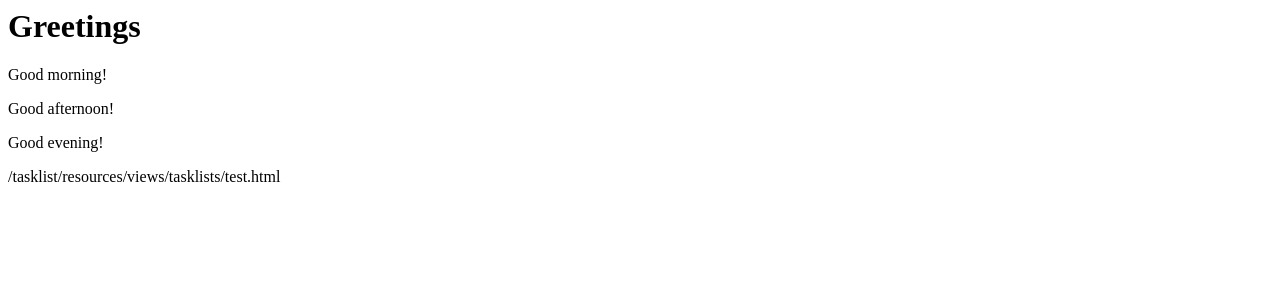
Repository: erinakatagiri/gomi
Page: test.html
The author's editor kept a record of every edit. The page is drawn from the files as they stood at one moment, then again after the next edit.
The browser window is 1280 px wide. The pictures show the whole page.

Above is the page before.

After the next edit:
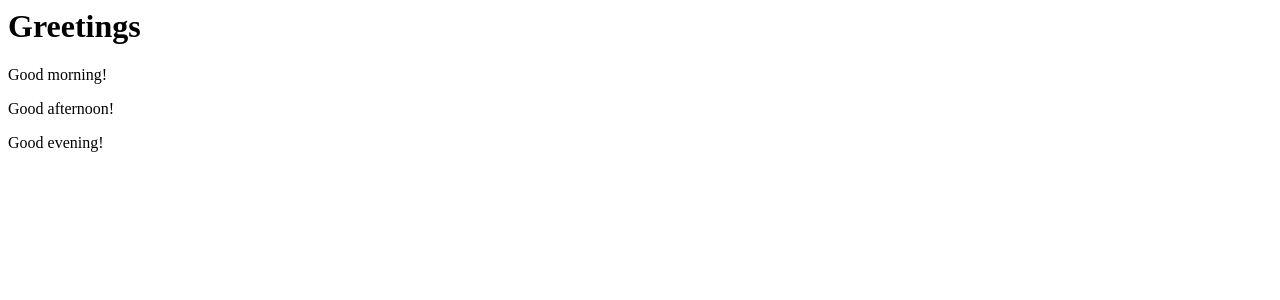
The edit:
--- a/test.html
+++ b/test.html
@@ -15,4 +15,3 @@
   </div>
 </body>
 </html>
-/tasklist/resources/views/tasklists/test.html
